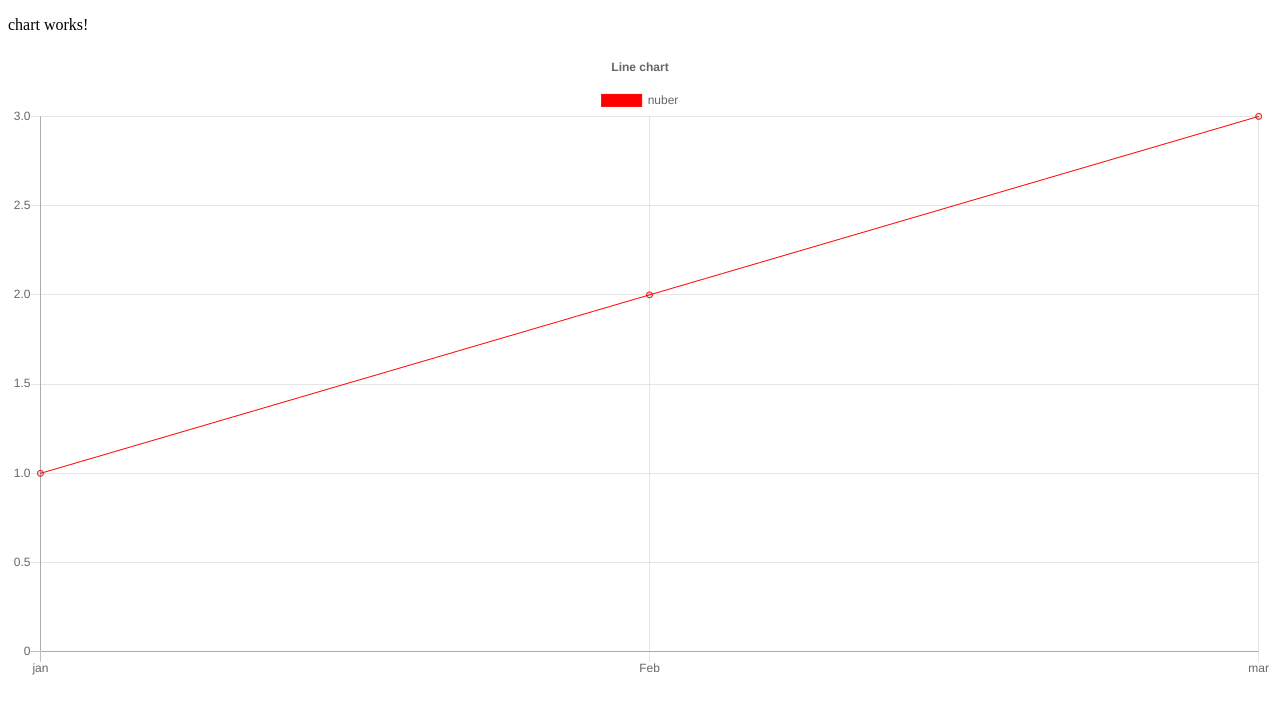
Repository: abinhasan/Project-1
Page: /
The author's editor kept a copy of each file at every save. The page is drawn from the files as they stood at one save, then again after the next save.
The browser window is 1280 px wide. The pictures show the whole page.
The page's requests for data from a server got no answer. The project was rebuilt for these pictures with package versions that can differ from the ones it lists, and the page was loaded fresh each time. No one was signed in, and anything a server would have sent is missing. Also part of the build but not shown: angular.json.

Above is the page before, as saved 2019-09-07 13:13:20.

After the next save:
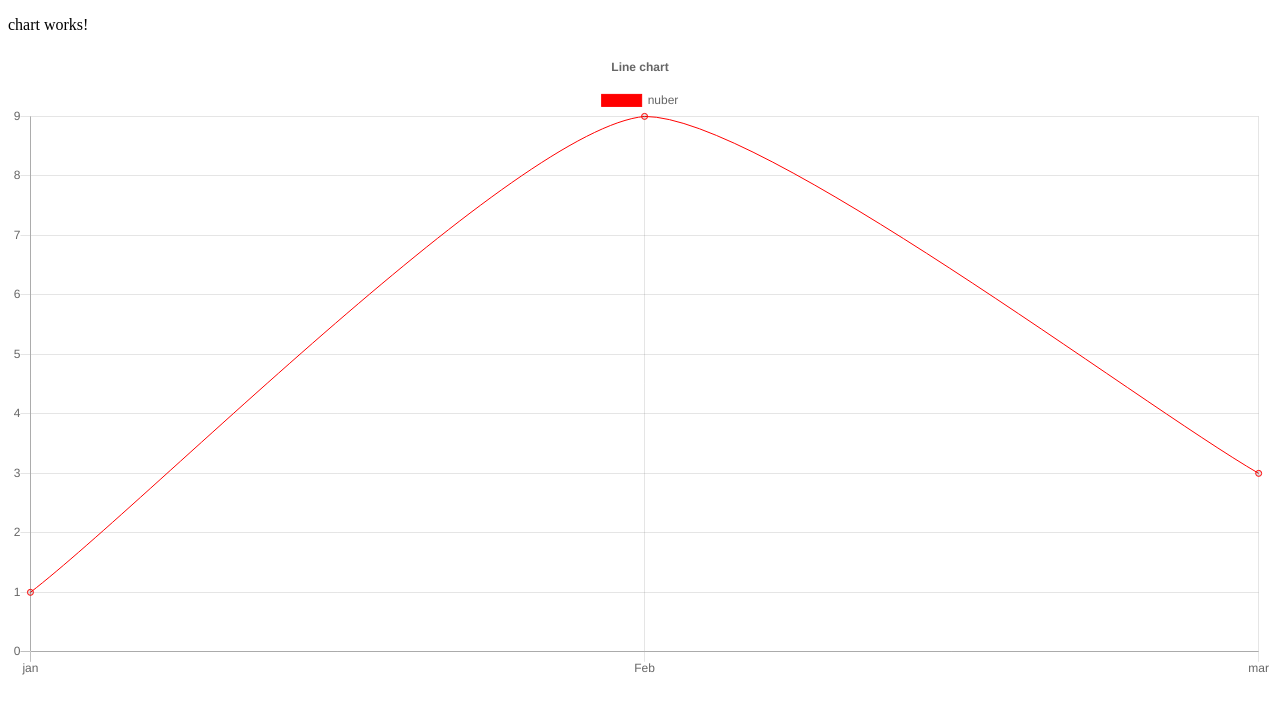
Saved 25 s later.
--- a/src/app/components/chart/chart.component.ts
+++ b/src/app/components/chart/chart.component.ts
@@ -25,7 +25,7 @@ export class ChartComponent implements OnInit {
         labels: ["jan", "Feb","mar"],
         datasets: [{
           label: 'nuber',
-          data: [1, 2,3],
+          data: [1, 9,3],
           fill: false,
           lineTension: 0.2,
           borderColor: "red",
